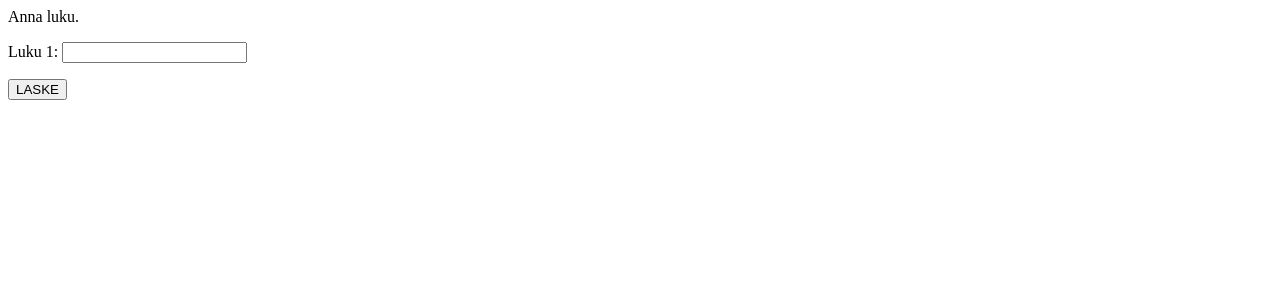
Repository: koodaajakige/knykanen
Page: public_html/be/ehtoja.html
An editor plug-in stored every save of this project. The page is shown before and after the next save, followed by the edit.
The browser window is 1280 px wide. The pictures show the whole page.

Above is the page before, as saved 2022-11-01 07:49:28.

After the next save:
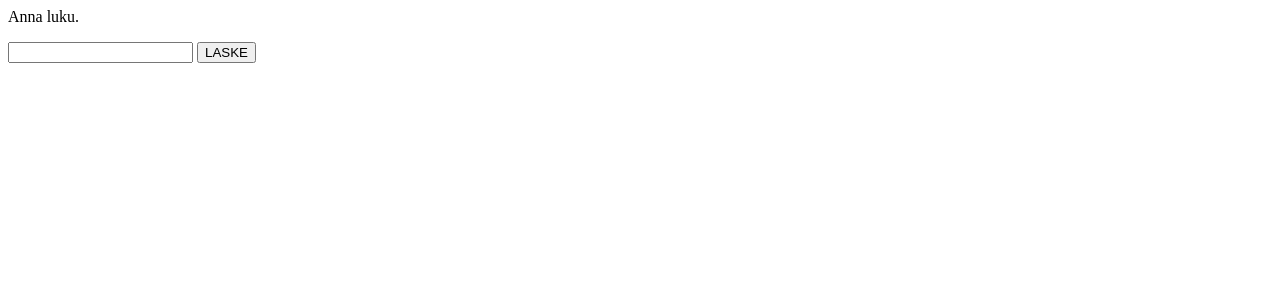
Saved 47 s later.
--- a/public_html/be/ehtoja.html
+++ b/public_html/be/ehtoja.html
@@ -5,9 +5,7 @@
 
 <p>Anna luku.</p>
 <form action="ehtoharjoitus.php" method="GET">
-
-    <p>Luku 1: <input type="text" name="luku"></p>
-
+    <input type="text" name="luku">
     <input type="submit" value="LASKE">
 </form>
 </body>
